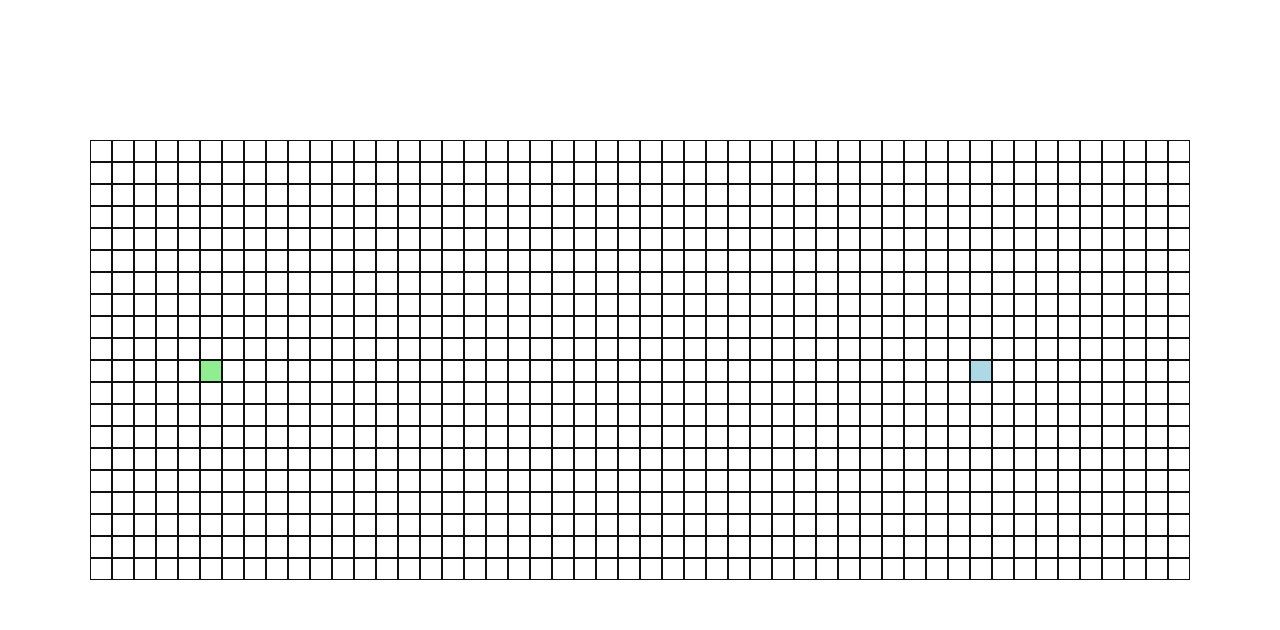
Repository: rehans-Life/Pathfinding-Visualizer
Page: /
These files come from the project's save history. The page is drawn as it stood at one moment and after the next save; the edit follows.
The browser window is 1280 px wide. The pictures show the whole page.
The project was rebuilt for these pictures with package versions that can differ from the ones it lists, and the page was loaded fresh each time. The framework's server and built-in components were replaced by stand-ins that run in the browser. Also part of the build but not shown: next.config.js.

Above is the page before, as saved 2023-03-09 17:08:15.

After the next save:
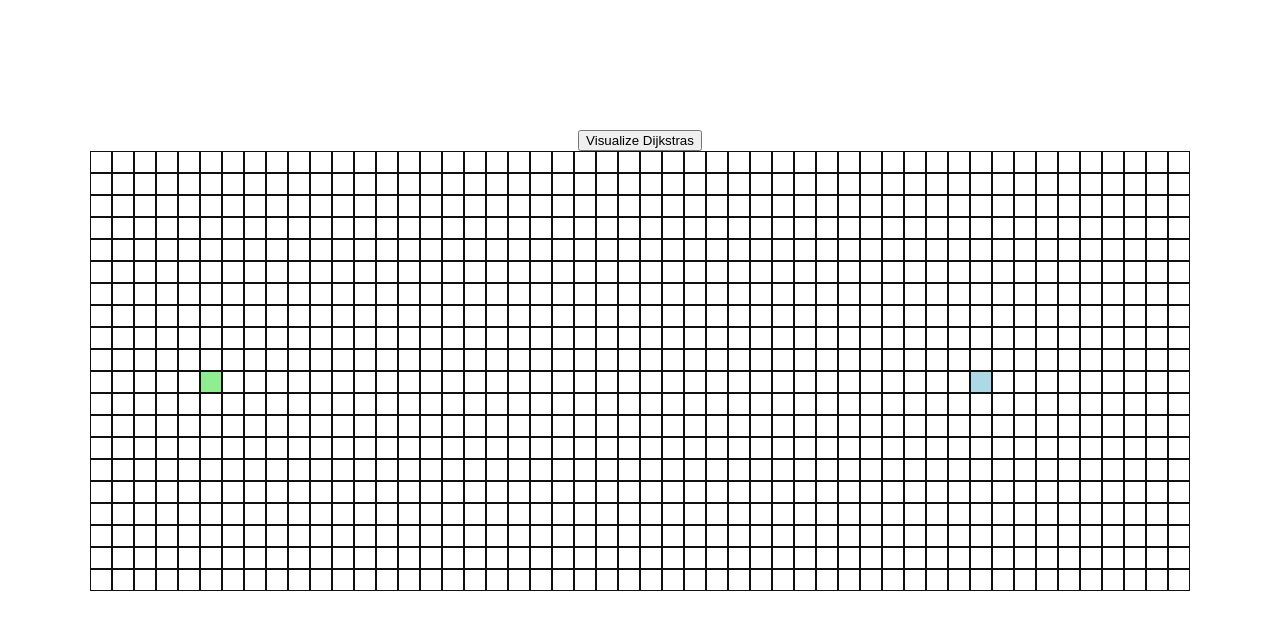
Saved 24 s later.
--- a/pages/index.js
+++ b/pages/index.js
@@ -33,6 +33,7 @@ export default function Home() {
         <meta name="description" content="Generated by create next app" />
         <link rel="icon" href="/favicon.ico" />
       </Head>
+      <button>Visualize Dijkstras</button>
       {grid.map((row, index) => (
         <div key={index} className={styles.row}>
           {row.map((node, index) => (
